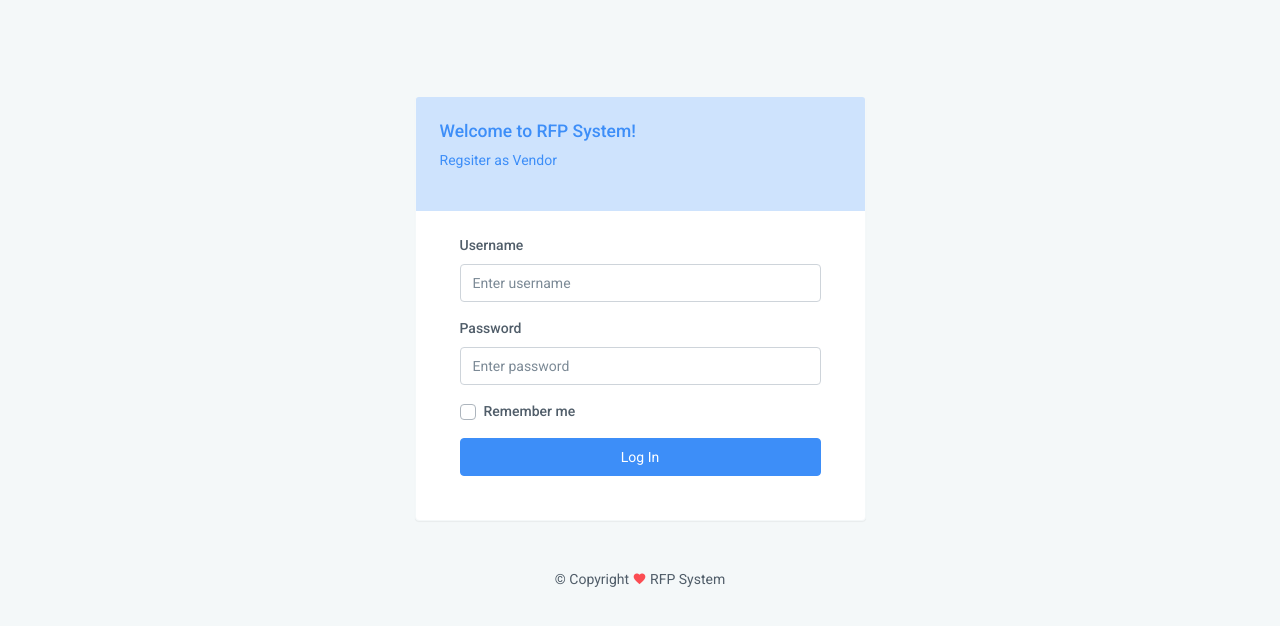
Repository: saurabhgithb/RFP-System
Page: register.html
These files come from the project's save history. The page is drawn as it stood at one moment and after the next save; the edit follows.
The browser window is 1280 px wide. The pictures show the whole page.

Above is the page before, as saved 2023-01-04 14:24:54.

### register.html

<!doctype html>
<html lang="en">

    <head>

        <meta charset="utf-8" />
        <title>Login | RFP System</title>
        <meta name="viewport" content="width=device-width, initial-scale=1.0">
        <meta content="Premium Multipurpose Admin & Dashboard Template" name="description" />
        <meta content="Themesbrand" name="author" />
        <!-- App favicon -->
        <link rel="shortcut icon" href="assets/images/favicon.ico">

        <!-- Bootstrap Css -->
        <link href="assets/css/bootstrap.min.css" id="bootstrap-style" rel="stylesheet" type="text/css" />
        <!-- Icons Css -->
        <link href="assets/css/icons.min.css" rel="stylesheet" type="text/css" />
        <!-- App Css-->
        <link href="assets/css/app.min.css" id="app-style" rel="stylesheet" type="text/css" />

    </head>

    <body>
        <div class="home-btn d-none d-sm-block">
            <a href="index.html" class="text-dark"><i class="fas fa-home h2"></i></a>
        </div>
        <div class="account-pages my-5 pt-sm-5">
            <div class="container">
                <div class="row justify-content-center">
                    <div class="col-md-8 col-lg-6 col-xl-5">
                        <div class="card overflow-hidden">
                            <div class="bg-soft-primary">
                                <div class="row">
                                    <div class="col-12">
                                        <div class="text-primary p-4">
                                            <h5 class="text-primary">Welcome to RFP System!</h5>
                                            <p>Regsiter as Vendor</p>
                                        </div>
                                    </div>
                                </div>
                            </div>
                            <div class="card-body pt-0">
                                <div class="p-4">
                                    <form class="form-horizontal" action="">

                                        <div class="form-group">
                                            <label for="username">Username</label>
                                            <input type="text" class="form-control" id="username" placeholder="Enter username">
                                        </div>

                                        <div class="form-group">
                                            <label for="userpassword">Password</label>
                                            <input type="password" class="form-control" id="userpassword" placeholder="Enter password">
                                        </div>

                                        <div class="custom-control custom-checkbox">
                                            <input type="checkbox" class="custom-control-input" id="customControlInline">
                                            <label class="custom-control-label" for="customControlInline">Remember me</label>
                                        </div>

                                        <div class="mt-3">
                                            <button class="btn btn-primary btn-block waves-effect waves-light" type="submit">Log In</button>
                                        </div>
                                    </form>
                                </div>
                            </div>
                        </div>
                        <div class="mt-5 text-center">
                            <div>
                                <p>&copy; Copyright <i class="mdi mdi-heart text-danger"></i> RFP System</p>
                            </div>
                        </div>
                    </div>
                </div>
            </div>
        </div>
    </body>
</html>

Loaded but not shown: assets/css/bootstrap.min.css (library); assets/css/icons.min.css (library); assets/css/app.min.css (library)

After the next save:
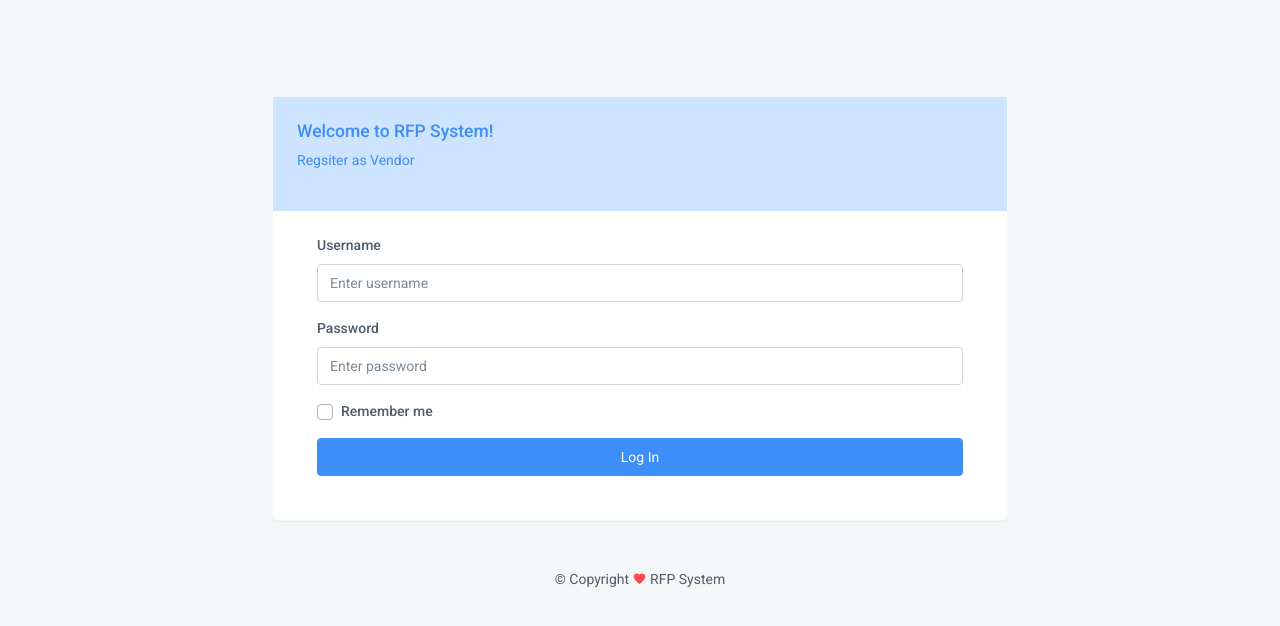
Saved 51 s later.
--- a/register.html
+++ b/register.html
@@ -28,7 +28,7 @@
         <div class="account-pages my-5 pt-sm-5">
             <div class="container">
                 <div class="row justify-content-center">
-                    <div class="col-md-8 col-lg-6 col-xl-5">
+                    <div class="col-md-8 col-lg-6 col-xl-8">
                         <div class="card overflow-hidden">
                             <div class="bg-soft-primary">
                                 <div class="row">
